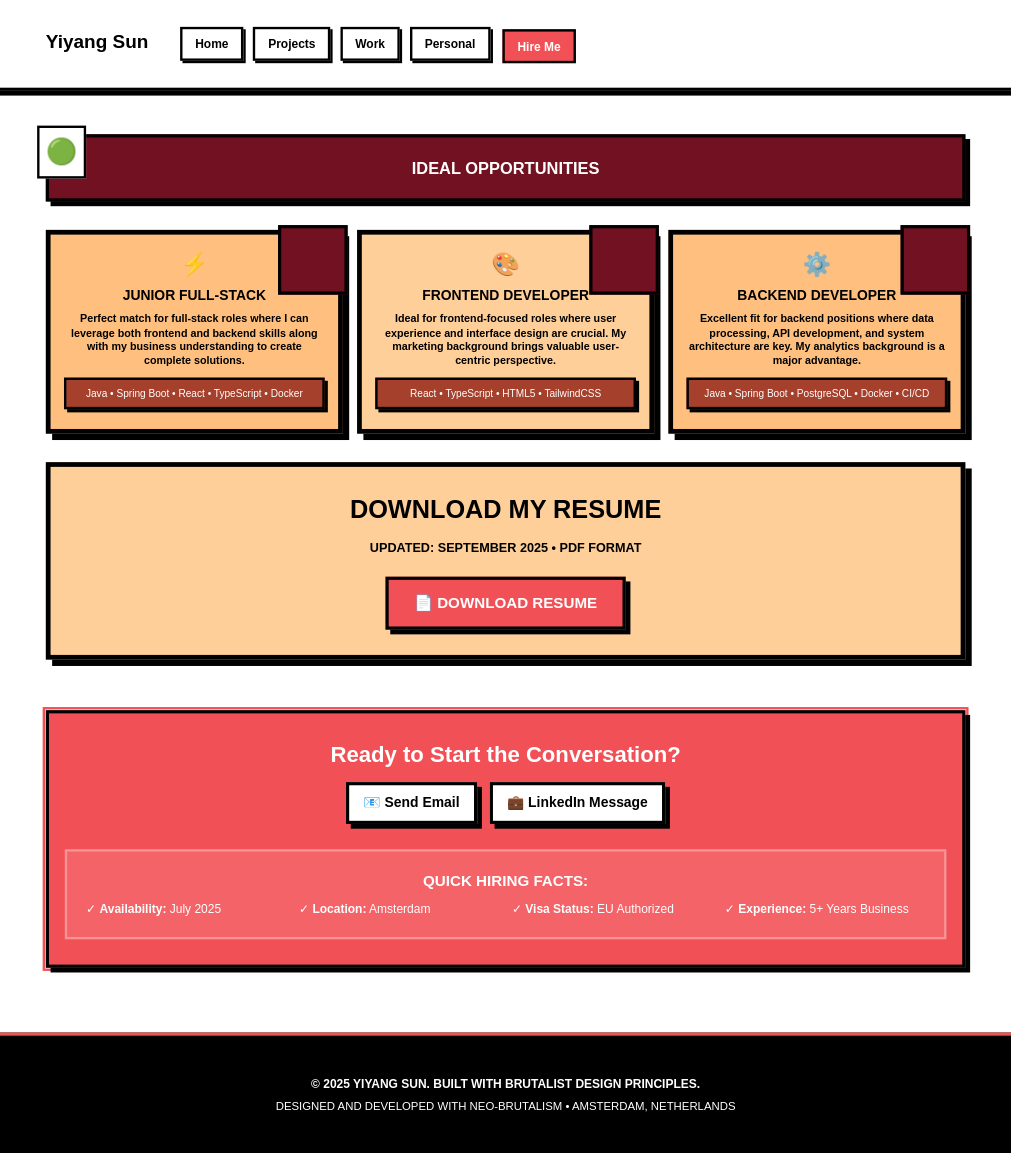
Repository: miloyiyangsun/yiyangsun.github.io
Page: .superdesign/design_iterations/yiyang_hireme_v2.html
These files come from the project's save history. The page is drawn as it stood at one moment and after the next save; the edit follows.
The browser window is 1280 px wide. The pictures show the whole page, at 79% of full size.

Above is the page before, as saved 2025-09-03 17:40:25.

### .superdesign/design_iterations/yiyang_hireme_v2.html
<!DOCTYPE html>
<html lang="en">
<head>
    <meta charset="UTF-8">
    <meta name="viewport" content="width=device-width, initial-scale=1.0">
    <title>Hire Me - Yiyang Sun [Neo-Brutalist Portfolio]</title>
    <meta name="description" content="Hire Yiyang Sun - Computer Science Student (2025 Graduate) with 5+ years business experience seeking Junior Full-Stack, Frontend, or Backend opportunities in Amsterdam. Neo-brutalist design.">

    <!-- Neo-Brutalist Theme -->
    <link rel="stylesheet" href="brutalist_theme_v2.css">

    <style>
        /* Hire Me specific brutal styles */
        body {
            padding-top: 120px;
            background: #FFFFFF;
        }

        .main-container {
            max-width: 1200px;
            margin: 0 auto;
            padding: 18px;
        }

        /* Hero CTA - Brutal */
        .hire-hero {
            background: #F15156;
            color: #FFFFFF;
            border: 8px solid #000000;
            padding: 48px 24px;
            text-align: center;
            box-shadow: 12px 12px 0 #000000;
            position: relative;
            margin: 24px 0;
        }

        .hire-hero::before {
            content: '💼';
            position: absolute;
            top: -30px;
            left: -30px;
            font-size: 4rem;
            background: #FFFFFF;
            border: 6px solid #000000;
            padding: 16px;
            width: 100px;
            height: 100px;
            display: flex;
            align-items: center;
            justify-content: center;
        }

        .hire-title {
            font-size: 2.5rem;
            font-weight: 900;
            text-transform: uppercase;
            margin: 0 0 18px 0;
            line-height: 0.9;
        }

        .hire-subtitle {
            font-size: 1.2rem;
            font-weight: 700;
            text-transform: uppercase;
            margin-bottom: 24px;
            opacity: 0.95;
        }

        /* Opportunity Cards - Brutal */
        .opportunity-grid {
            display: grid;
            grid-template-columns: repeat(auto-fit, minmax(280px, 1fr));
            gap: 18px;
            margin: 36px 0;
        }

        .opportunity-card {
            background: #FFFFFF;
            border: 6px solid #000000;
            padding: 17px;
            box-shadow: 8px 8px 0 #000000;
            position: relative;
            text-align: center;
        }

        .opportunity-card:hover {
            transform: translate(-4px, -4px);
            box-shadow: 16px 16px 0 #000000;
        }

        .opportunity-card:nth-child(1) {
            background: #FFC07F;
        }

        .opportunity-card:nth-child(2) {
            background: #FFCF99;
        }

        .opportunity-card:nth-child(3) {
            background: #FFC07F;
        }

        .opportunity-card::before {
            content: '';
            position: absolute;
            top: -12px;
            right: -12px;
            width: 80px;
            height: 80px;
            background: #721121;
            border: 4px solid #000000;
        }

        .opportunity-icon {
            font-size: 1.8rem;
            display: block;
            margin-bottom: 8px;
        }

        .opportunity-title {
            font-size: 1.1rem;
            font-weight: 900;
            text-transform: uppercase;
            color: #000000;
            margin-bottom: 8px;
        }

        .opportunity-description {
            font-size: 0.85rem;
            line-height: 1.3;
            font-weight: 600;
            margin-bottom: 12px;
        }

        /* Skills Match - Brutal */
        .skills-match {
            background: #A5402D;
            color: #FFFFFF;
            padding: 8px 12px;
            border: 3px solid #000000;
            margin: 8px 0;
            box-shadow: 4px 4px 0 #000000;
            font-size: 0.8rem;
        }

        /* Contact Cards - Brutal */
        .contact-grid {
            display: grid;
            grid-template-columns: repeat(auto-fit, minmax(280px, 1fr));
            gap: 24px;
            margin: 48px 0;
        }

        .contact-card {
            background: #FFFFFF;
            border: 6px solid #000000;
            padding: 24px;
            text-align: center;
            box-shadow: 6px 6px 0 #000000;
            position: relative;
        }

        .contact-card:hover {
            background: #FFCF99;
            transform: translate(-3px, -3px);
            box-shadow: 11px 11px 0 #000000;
        }

        .contact-card:nth-child(even) {
            background: #FFC07F;
        }

        .contact-card:nth-child(even):hover {
            background: #F15156;
            color: #FFFFFF;
        }

        .contact-icon {
            width: 64px;
            height: 64px;
            background: #F15156;
            border: 4px solid #000000;
            border-radius: 0;
            margin: 0 auto 18px auto;
            display: flex;
            align-items: center;
            justify-content: center;
            font-size: 1.6rem;
            color: #FFFFFF;
            box-shadow: 4px 4px 0 #000000;
        }

        .contact-title {
            font-size: 1.2rem;
            font-weight: 900;
            text-transform: uppercase;
            margin-bottom: 10px;
            color: #000000;
        }

        .contact-info {
            font-size: 1.1rem;
            font-weight: 700;
            margin-bottom: 8px;
        }

        .contact-description {
            font-size: 0.9rem;
            font-weight: 600;
            text-transform: uppercase;
            color: #666666;
        }

        /* Value Proposition - Brutal */
        .value-proposition {
            background: #721121;
            color: #FFFFFF;
            padding: 48px;
            border: 8px solid #000000;
            box-shadow: 12px 12px 0 #000000;
            margin: 64px 0;
        }

        .value-title {
            font-size: 2.5rem;
            font-weight: 900;
            text-transform: uppercase;
            text-align: center;
            margin-bottom: 32px;
        }

        .value-grid {
            display: grid;
            grid-template-columns: repeat(auto-fit, minmax(250px, 1fr));
            gap: 24px;
        }

        .value-item {
            padding: 24px;
            background: rgba(255, 255, 255, 0.1);
            border: 2px solid rgba(255, 255, 255, 0.3);
            text-align: center;
        }

        .value-item-title {
            font-size: 1.2rem;
            font-weight: 900;
            text-transform: uppercase;
            margin-bottom: 12px;
        }

        .value-item-description {
            font-size: 1rem;
            font-weight: 500;
            line-height: 1.4;
        }

        /* Resume Download - Brutal */
        .resume-section {
            background: #FFCF99;
            border: 6px solid #000000;
            padding: 32px;
            text-align: center;
            box-shadow: 8px 8px 0 #000000;
            margin: 32px 0;
        }

        .resume-title {
            font-size: 2rem;
            font-weight: 900;
            text-transform: uppercase;
            margin-bottom: 16px;
        }

        .resume-info {
            font-size: 1rem;
            font-weight: 600;
            margin-bottom: 24px;
            text-transform: uppercase;
        }

        .download-button {
            display: inline-block;
            background: #F15156;
            color: #FFFFFF;
            padding: 16px 32px;
            border: 4px solid #000000;
            text-decoration: none;
            font-weight: 900;
            font-size: 1.2rem;
            text-transform: uppercase;
            box-shadow: 6px 6px 0 #000000;
        }

        .download-button:hover {
            background: #721121;
            transform: translate(-2px, -2px);
            box-shadow: 8px 8px 0 #000000;
        }

        /* Availability Status - Brutal */
        .availability {
            background: #721121;
            color: #FFFFFF;
            padding: 24px;
            border: 4px solid #000000;
            text-align: center;
            margin: 32px 0;
            box-shadow: 6px 6px 0 #000000;
            position: relative;
        }

        .availability::before {
            content: '🟢';
            position: absolute;
            top: -15px;
            left: -15px;
            font-size: 2rem;
            background: #FFFFFF;
            border: 3px solid #000000;
            padding: 8px;
            border-radius: 0;
        }

        .availability-text {
            font-size: 1.3rem;
            font-weight: 900;
            text-transform: uppercase;
        }

        /* Mobile responsive */
        @media (max-width: 768px) {
            .hire-title {
                font-size: 2.5rem;
            }

            .hire-hero {
                padding: 40px 20px;
            }

            .opportunity-grid,
            .contact-grid {
                grid-template-columns: 1fr;
                gap: 16px;
            }

            .opportunity-card {
                padding: 14px;
            }

            .value-proposition {
                padding: 32px 20px;
            }

            .value-title {
                font-size: 2rem;
            }
        }
    </style>
</head>

<body>
    <!-- Brutalist Navigation -->
    <nav class="brutalist-nav">
        <div class="main-container">
            <strong style="font-size: 1.5rem; margin-right: 32px;">Yiyang Sun</strong>
            <a href="yiyang_home_v2.html" class="brutalist-nav-item">Home</a>
            <a href="yiyang_projects_v2.html" class="brutalist-nav-item">Projects</a>
            <a href="yiyang_work_v2.html" class="brutalist-nav-item">Work</a>
            <a href="yiyang_personal_v2.html" class="brutalist-nav-item">Personal</a>
            <a href="yiyang_hireme_v2.html" class="brutalist-nav-item active">Hire Me</a>
        </div>
    </nav>

    <!-- Main Content -->
    <main class="main-container">
        <!-- Hero CTA -->
        <!-- <section class="hire-hero">
            <div class="hire-title">Hire Me Now!</div>
            <div class="hire-subtitle">CS Student (2025 Graduate) with 5+ Years Business Background</div>
            <p style="font-size: 1.2rem; font-weight: 600; max-width: 600px; margin: 0 auto 32px auto;">
                Computer Science student graduating July 2025 seeking Junior Full-Stack, Frontend, or Backend opportunities.
                5+ years international business experience + technical skills.
            </p>
            <a href="mailto:miloyysun@outlook.com?subject=Job Opportunity&body=Hi Yiyang, I'm interested in discussing a software development opportunity with you."
               class="brutalist-button" style="background: #FFFFFF; color: #000000; font-size: 1.2rem; padding: 16px 32px;">
Email Me Today
            </a>
        </section> -->

        <!-- Availability Status -->
        <!-- <section class="availability">
            <div class="availability-text">Available from July 2025 • CS Graduate • Amsterdam Based • EU Work Authorization</div>
        </section> -->
        <section class="availability">
            <div class="availability-text">Ideal Opportunities</div>
        </section>
        <!-- Opportunity Types -->
        <section>
            <!-- <h2 class="title-large brutalist-text-center" style="margin: 64px 0 32px 0;">Ideal Opportunities</h2> -->

            <div class="opportunity-grid">
                <div class="opportunity-card">
                    <span class="opportunity-icon">⚡</span>
                    <div class="opportunity-title">Junior Full-Stack</div>
                    <div class="opportunity-description">
                        Perfect match for full-stack roles where I can leverage both frontend and backend skills
                        along with my business understanding to create complete solutions.
                    </div>
                    <div class="skills-match">
                        Java • Spring Boot • React • TypeScript • Docker
                    </div>
                </div>

                <div class="opportunity-card">
                    <span class="opportunity-icon">🎨</span>
                    <div class="opportunity-title">Frontend Developer</div>
                    <div class="opportunity-description">
                        Ideal for frontend-focused roles where user experience and interface design are crucial.
                        My marketing background brings valuable user-centric perspective.
                    </div>
                    <div class="skills-match">
                        React • TypeScript • HTML5 • TailwindCSS
                    </div>
                </div>

                <div class="opportunity-card">
                    <span class="opportunity-icon">⚙️</span>
                    <div class="opportunity-title">Backend Developer</div>
                    <div class="opportunity-description">
                        Excellent fit for backend positions where data processing, API development, and system architecture
                        are key. My analytics background is a major advantage.
                    </div>
                    <div class="skills-match">
                        Java • Spring Boot • PostgreSQL • Docker • CI/CD
                    </div>
                </div>
            </div>
        </section>

        <!-- Value Proposition -->
        <!-- <section class="value-proposition">
            <div class="value-title">Why Hire Me?</div>
            <div class="value-grid">
                <div class="value-item">
                    <div class="value-item-title">Unique Business Background</div>
                    <div class="value-item-description">
                        5+ years of international business experience brings valuable perspective to software development projects
                    </div>
                </div>
                <div class="value-item">
                    <div class="value-item-title">Proven Problem Solver</div>
                    <div class="value-item-description">
                        Demonstrated ability to analyze complex problems and implement effective technical solutions
                    </div>
                </div>
                <div class="value-item">
                    <div class="value-item-title">International Experience</div>
                    <div class="value-item-description">
                        Worked across Singapore, China, and Netherlands - excellent for global teams and cross-cultural projects
                    </div>
                </div>
                <div class="value-item">
                    <div class="value-item-title">Career Transition Success</div>
                    <div class="value-item-description">
                        Successfully transitioned from 5+ years business career to Computer Science, graduating July 2025
                    </div>
                </div>
            </div>
        </section> -->

        <!-- Resume Download -->
        <section class="resume-section">
            <div class="resume-title">Download My Resume</div>
            <div class="resume-info">Updated: September 2025 • PDF Format</div>
            <a href="#" class="download-button">📄 Download Resume</a>
        </section>

        <!-- Contact Information -->
        <!-- <section>
            <h2 class="title-large brutalist-text-center" style="margin: 64px 0 32px 0;">Let's Connect</h2>

            <div class="contact-grid">
                <div class="contact-card">
                    <div class="contact-icon">📧</div>
                    <div class="contact-title">Email Me</div>
                    <div class="contact-info">miloyysun@outlook.com</div>
                    <div class="contact-description">Primary Communication Method</div>
                </div>

                <div class="contact-card">
                    <div class="contact-icon">💼</div>
                    <div class="contact-title">LinkedIn</div>
                    <div class="contact-info">yiyangsunmilo</div>
                    <div class="contact-description">Professional Networking</div>
                </div>

                <div class="contact-card">
                    <div class="contact-icon">📍</div>
                    <div class="contact-title">Location</div>
                    <div class="contact-info">Amsterdam, Netherlands</div>
                    <div class="contact-description">Available for Local Opportunities</div>
                </div>
            </div>
        </section> -->

        <!-- Final CTA -->
        <section class="brutalist-hero brutalist-bg-red" style="margin: 64px 0;">
            <div class="brutalist-text-center">
                <h2 class="title-large" style="color: #FFFFFF; margin-bottom: 16px;">Ready to Start the Conversation?</h2>
                <!-- <p style="font-size: 1.3rem; font-weight: 700; color: #FFFFFF; margin-bottom: 32px; max-width: 700px; margin-left: auto; margin-right: auto;">
                    Whether you have a specific role in mind or just want to explore possibilities,
                    I'm excited to discuss how my unique background can contribute to your team's success.
                </p> -->
                <div style="display: flex; justify-content: center; gap: 16px; flex-wrap: wrap;">
                    <a href="mailto:miloyysun@outlook.com?subject=Software Development Opportunity&body=Hi Yiyang, I'm interested in discussing potential opportunities with you."
                       class="brutalist-button" style="background: #FFFFFF; color: #000000; font-size: 1.1rem;">
                        📧 Send Email
                    </a>
                    <a href="https://linkedin.com/in/yiyangsunmilo"
                       class="brutalist-button" style="background: #FFFFFF; color: #000000; font-size: 1.1rem;" target="_blank">
                        💼 LinkedIn Message
                    </a>
                    <!-- <a href="tel:+31626707606"
                       class="brutalist-button" style="background: #FFFFFF; color: #000000; font-size: 1.1rem;">
                        📞 Call: +31 626707606
                    </a> -->
                </div>

                <div style="margin-top: 32px; padding: 24px; background: rgba(255,255,255,0.1); border: 3px solid rgba(255,255,255,0.3);">
                    <h3 style="font-size: 1.2rem; font-weight: 900; text-transform: uppercase; margin-bottom: 12px;">Quick Hiring Facts:</h3>
                    <div style="display: grid; grid-template-columns: repeat(auto-fit, minmax(150px, 1fr)); gap: 16px; text-align: left;">
                        <div>✓ <strong>Availability:</strong> July 2025</div>
                        <div>✓ <strong>Location:</strong> Amsterdam</div>
                        <div>✓ <strong>Visa Status:</strong> EU Authorized</div>
                        <div>✓ <strong>Experience:</strong> 5+ Years Business</div>
                    </div>
                </div>
            </div>
        </section>
    </main>

    <!-- Footer -->
    <footer style="background: #000000; color: #FFFFFF; padding: 32px; text-align: center; border-top: 4px solid #F15156;">
        <div class="main-container">
            <p style="font-weight: 700; text-transform: uppercase; margin-bottom: 8px;">
                &copy; 2025 Yiyang Sun. Built with brutalist design principles.
            </p>
            <p style="font-size: 0.9rem; text-transform: uppercase;">
                Designed and developed with neo-brutalism • Amsterdam, Netherlands
            </p>
        </div>
    </footer>

    <script>
        // Minimal JavaScript for hire me page
        console.log('💼 HIRE ME PAGE - NEO-BRUTALIST DESIGN LOADED');
        console.log('🚀 READY TO HIRE YIYANG SUN!');

        // Enhanced button press effects for CTA buttons
        document.querySelectorAll('.brutalist-button, .download-button, .contact-card').forEach(element => {
            element.addEventListener('mousedown', function() {
                this.style.transform = 'translate(3px, 3px)';
                this.style.boxShadow = 'none';
            });

            element.addEventListener('mouseup', function() {
                this.style.transform = '';
                this.style.boxShadow = '';
            });

            element.addEventListener('mouseleave', function() {
                this.style.transform = '';
                this.style.boxShadow = '';
            });
        });

        // Log hiring intent tracking
        document.querySelectorAll('a[href^="mailto:"]').forEach(emailLink => {
            emailLink.addEventListener('click', function() {
                console.log('📧 EMAIL CLICK - POTENTIAL HIRE INTEREST!');
            });
        });
    </script>
</body>
</html>

Loaded but not shown: .superdesign/design_iterations/brutalist_theme_v2.css (336 lines, source omitted)

After the next save:
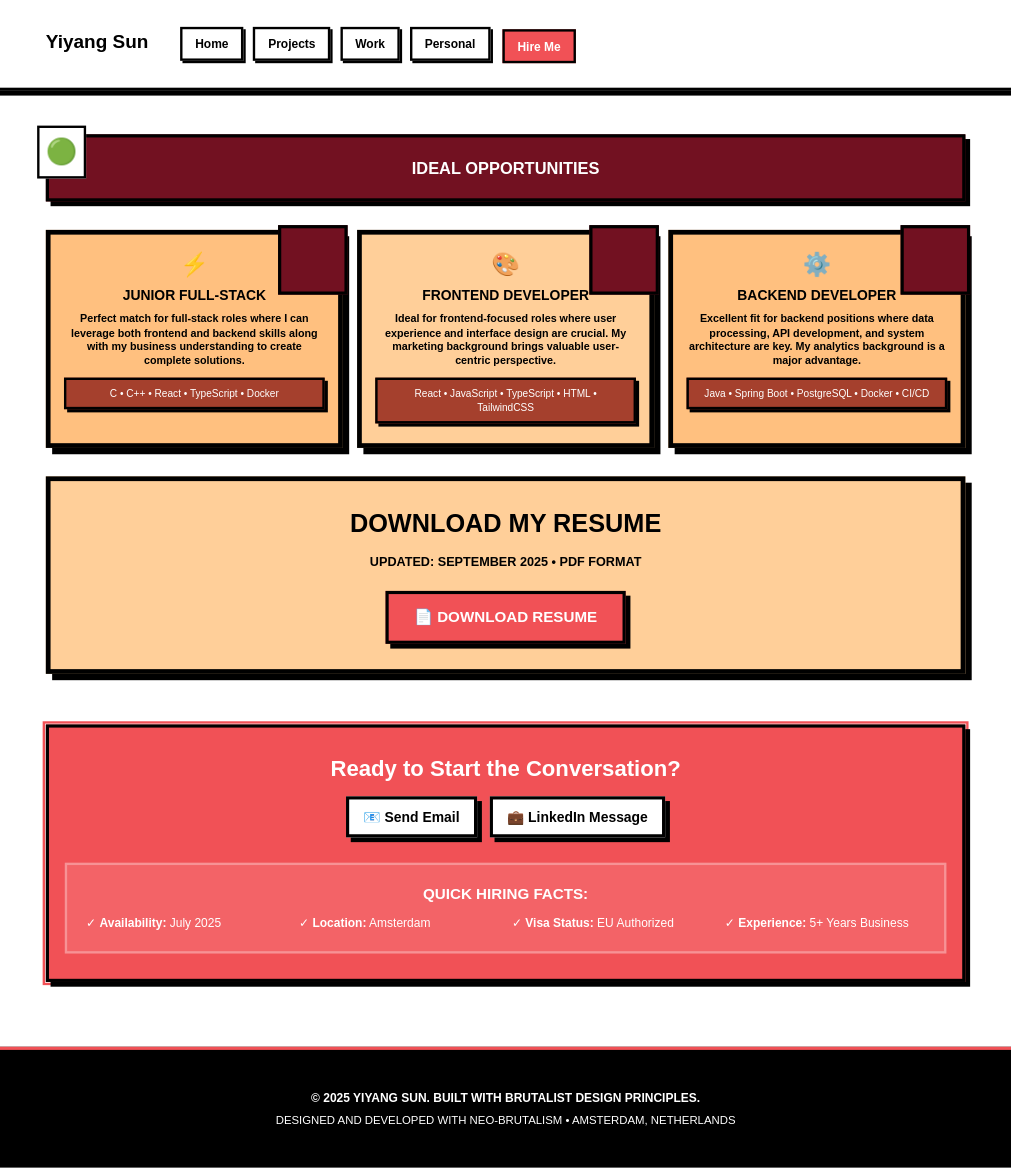
Saved 2 min 56 s later.
--- a/.superdesign/design_iterations/yiyang_hireme_v2.html
+++ b/.superdesign/design_iterations/yiyang_hireme_v2.html
@@ -408,7 +408,7 @@ Email Me Today
                         along with my business understanding to create complete solutions.
                     </div>
                     <div class="skills-match">
-                        Java • Spring Boot • React • TypeScript • Docker
+                        C • C++ • React • TypeScript • Docker
                     </div>
                 </div>
 
@@ -420,7 +420,7 @@ Email Me Today
                         My marketing background brings valuable user-centric perspective.
                     </div>
                     <div class="skills-match">
-                        React • TypeScript • HTML5 • TailwindCSS
+                        React • JavaScript • TypeScript • HTML • TailwindCSS
                     </div>
                 </div>
 
@@ -544,7 +544,7 @@ Email Me Today
     <footer style="background: #000000; color: #FFFFFF; padding: 32px; text-align: center; border-top: 4px solid #F15156;">
         <div class="main-container">
             <p style="font-weight: 700; text-transform: uppercase; margin-bottom: 8px;">
-                &copy; 2025 Yiyang Sun. Built with brutalist design principles.
+                &copy; 2025 YIYANG SUN. BUILT WITH BRUTALIST DESIGN PRINCIPLES.
             </p>
             <p style="font-size: 0.9rem; text-transform: uppercase;">
                 Designed and developed with neo-brutalism • Amsterdam, Netherlands
